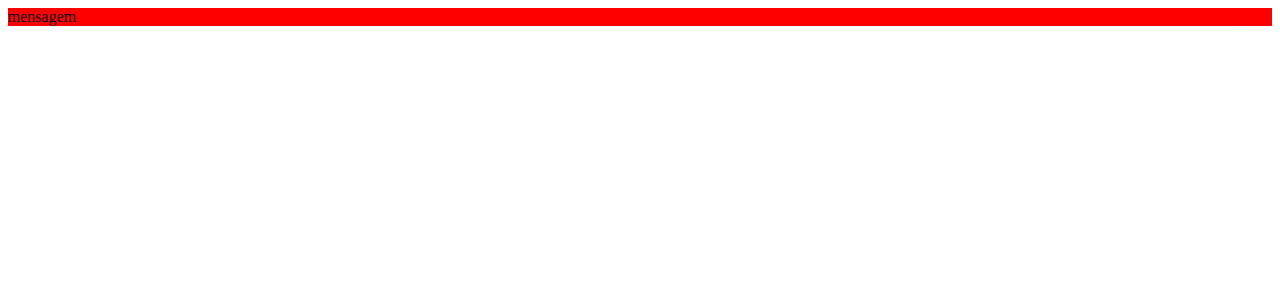
Repository: ClaytonEduard/imersaoaluratube
Page: /
These files come from the project's save history. The page is drawn as it stood at one moment and after a run of saves; the edit follows.
The browser window is 1280 px wide. The pictures show the whole page.
The project was rebuilt for these pictures with package versions that can differ from the ones it lists, and the page was loaded fresh each time. The framework's server and built-in components were replaced by stand-ins that run in the browser.

Above is the page before, as saved 2022-11-10 22:44:20.

After the next 2 saves:
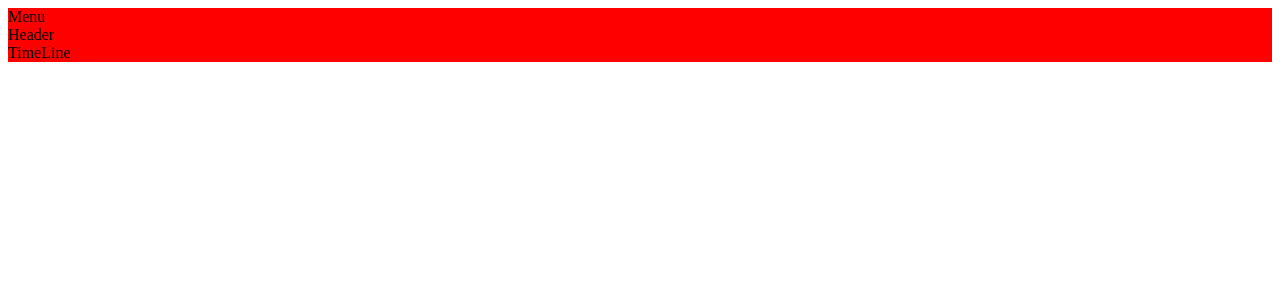
The 2 saves are shown as one change because 1 did not build or start.
The last was saved 2 min 12 s later.
--- a/pages/index.js
+++ b/pages/index.js
@@ -3,7 +3,13 @@ function HomePage () {
     backgroundColor: 'red'
   }
   const mensagem = 'Bem vindo ao AluraTube'
-  return <div style={estiloHomePage}> mensagem </div>
+  return (
+        <div style={estiloHomePage}>
+            <Menu></Menu>
+            <Header></Header>
+            <TimeLine></TimeLine>
+      </div>
+  )
 }
 export default HomePage
 
